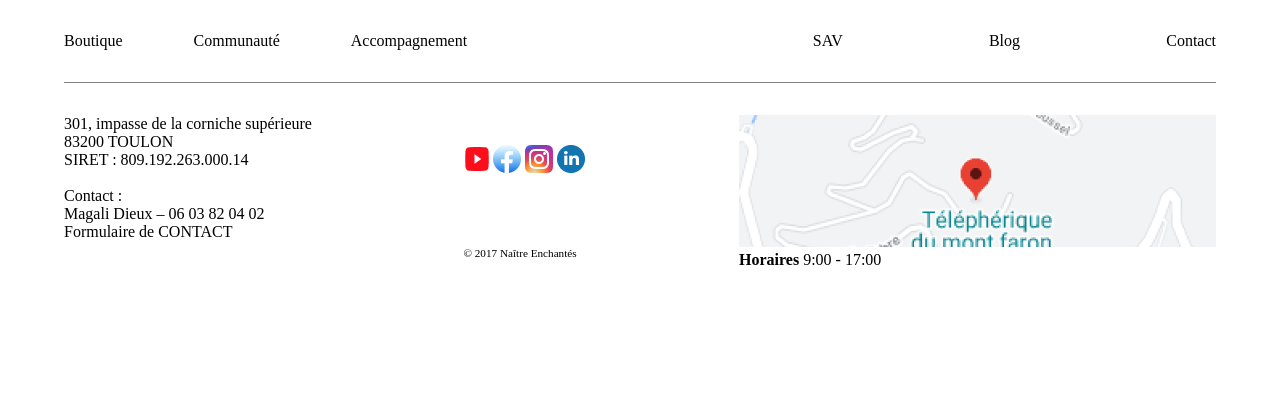
Repository: Khadija-Asa/naitre-enchantes
Page: footer.html
An editor plug-in stored every save of this project. The page is shown before and after a run of saves, followed by the edit.
The browser window is 1280 px wide. The pictures show the whole page.

Above is the page before, as saved 2020-11-24 23:20:24.

### footer.html
<!DOCTYPE html>
<html lang="en">
<head>
    <meta charset="UTF-8">
    <meta name="viewport" content="width=device-width, initial-scale=1.0">
    <title>naître enchantés</title>
    <link rel="stylesheet" href="footer.css">
</head>
<body>
    <footer>
        <div class="footer_top">
            <ul class="top_left">
                <li>Boutique</li>
                <li>Communauté</li>
                <li>Accompagnement</li>
            </ul>
            <ul class="top_right">
                <li>SAV</li>
                <li>Blog</li>
                <li>Contact</li>
            </ul>
        </div>
        <div class="footer_bottom">
            <div class="bottom_left">
                <p>301, impasse de la corniche supérieure <br>
                    83200 TOULON <br>
                    SIRET : 809.192.263.000.14 <br><br>

                    Contact : <br>
                    Magali Dieux – 06 03 82 04 02 <br>
                    Formulaire de CONTACT</p>
            </div>
            <div class="bottom_middle">
                <ul>
                    <li><a href=""><img src="img/youtube.png" alt="icon" class="icon_footer"></a></li>
                    <li><a href=""><img src="img/Group 1.png" alt="icon" class="icon_footer"></a></li>
                    <li><a href=""><img src="img/instagram.png" alt="icon" class="icon_footer"></a></li>
                    <li><a href=""><img src="img/linkedin.png" alt="icon" class="icon_footer"></a></li>
                </ul>
                <p> © 2017 Naître Enchantés</p>
            </div>
            <div class="bottom_right">
                <img src="img/Rectangle 38.png" alt="google map">
                <p> <b> Horaires </b> 9:00 - 17:00</p>
            </div>
        </div>
    </footer>
</body>
</html>

### footer.css
* {
    margin: 0;
    padding: 0;
    font-family: ;
}
footer {
    margin: 2em 5% 0;
}
.footer_top {
    display: flex;
    justify-content: space-between;
    flex-wrap: wrap;
    align-items: center;
    margin: 2em auto;
    padding-bottom: 2em;
    border-bottom: solid 1px gray;
}

.top_left,
.top_right {
    display: flex;
    justify-content: space-between;
    flex-wrap: wrap;
    align-items: center;
    list-style: none;
    width: 35%;
}

.footer_bottom {
    display: flex;
    justify-content: space-between;
    flex-wrap: wrap;
}
.footer_bottom ul {
    list-style: none;
    display: flex;
    justify-content: space-around;
    flex-wrap: wrap;
    align-items: center;
    margin: 1.5em auto 4em;
}
.footer_bottom li a {
    color: black;
    text-decoration: none;
}
.bottom_middle ul {
    width: ;
}
.bottom_middle p {
    font-size: .7em;
}

After the next 2 saves:
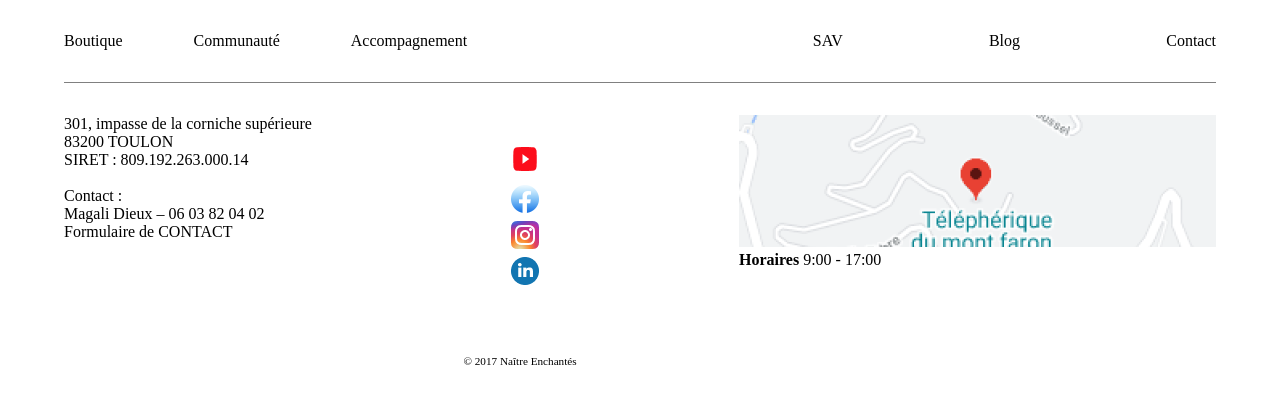
The 2 saves are shown as one change because they came seconds apart.
The last was saved 7 s later.
--- a/footer.css
+++ b/footer.css
@@ -44,7 +44,7 @@
     text-decoration: none;
 }
 .bottom_middle ul {
-    width: ;
+    width: 30%;
 }
 .bottom_middle p {
     font-size: .7em;

After the 3 saves that followed:
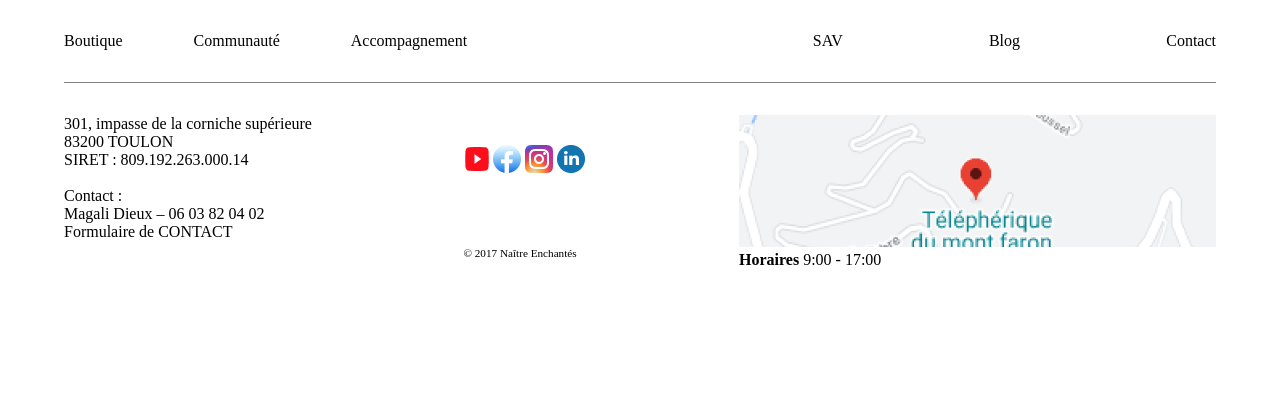
The 3 saves are shown as one change because 1 left the picture as it was and some came seconds apart.
The last was saved 36 s later.
--- a/footer.css
+++ b/footer.css
@@ -43,9 +43,7 @@
     color: black;
     text-decoration: none;
 }
-.bottom_middle ul {
-    width: 30%;
-}
+
 .bottom_middle p {
     font-size: .7em;
 }
